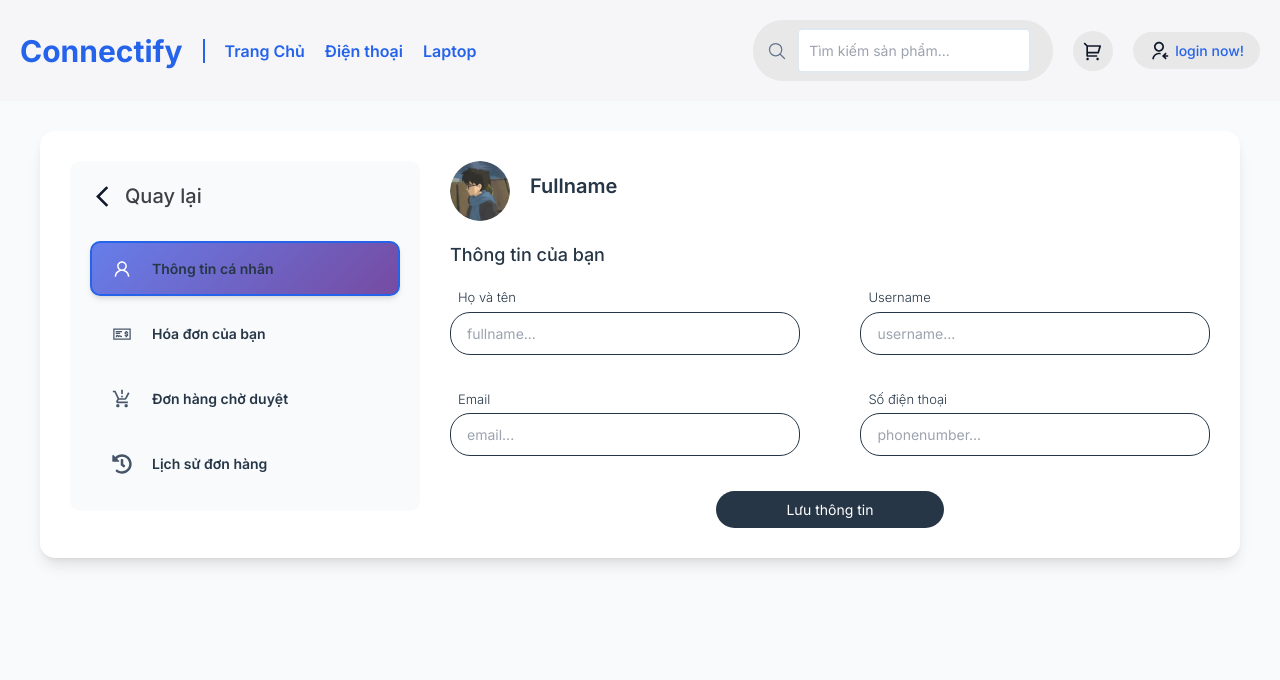
Repository: tvbacs/JavaWebProjectUI
Page: /profile
These files come from the project's save history. The page is drawn as it stood at one moment and after the next save; the edit follows.
The browser window is 1280 px wide. The pictures show the whole page.
An inner scrolling area shows only its first screen. The project was rebuilt for these pictures with package versions that can differ from the ones it lists, and the page was loaded fresh each time. Also part of the build but not shown: src/pages/Auth/Login/index.js, src/pages/HomePage/HomePage.module.scss, src/components/Item/Item.module.scss, src/components/Item/index.js, src/components/Scroll/Scroll.module.scss, src/components/Scroll/index.js, src/pages/HomePage/index.js, src/pages/LaptopPage/LaptopPage.module.scss and 46 more.

Above is the page before, as saved 2025-05-25 06:14:41.

After the next save:
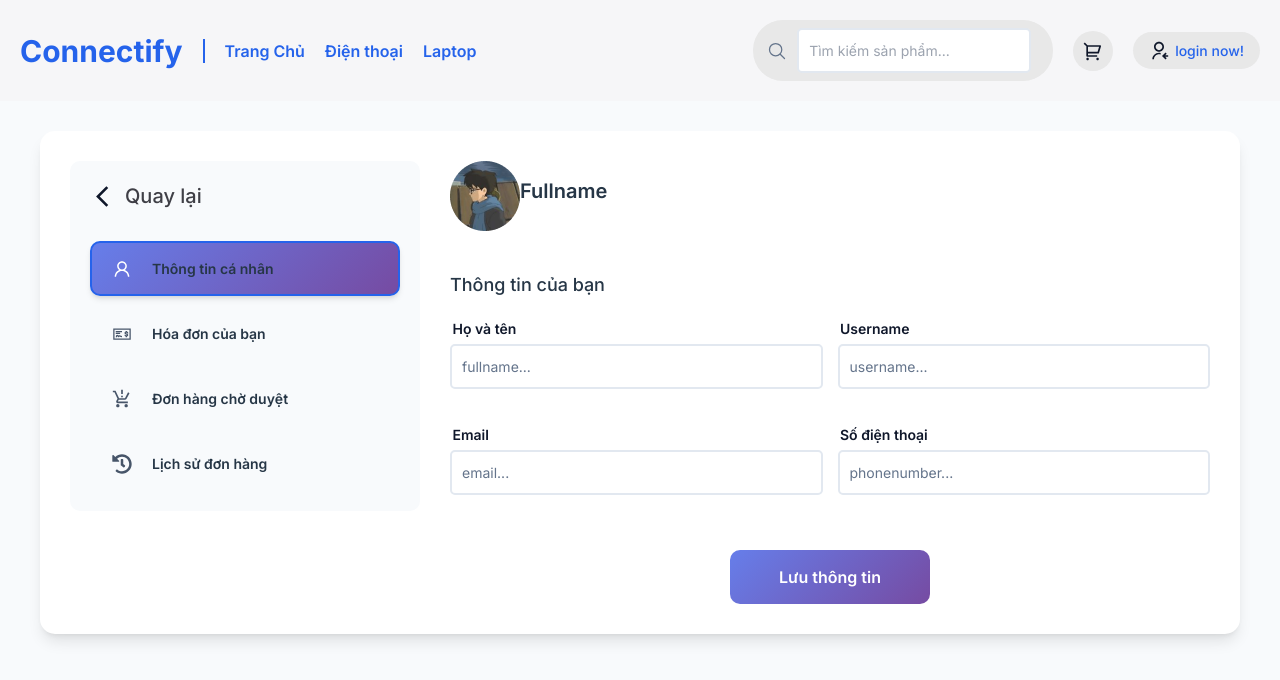
Saved 26 s later.
--- a/src/pages/Profile/Profile.module.scss
+++ b/src/pages/Profile/Profile.module.scss
@@ -78,42 +78,113 @@
     width: 100%;
     display: flex;
     flex-direction: column;
-    .avt{
-        width: 60px;
-        height: 60px;
-        border-radius: 50%;
-        margin-right: 20px;
-    }
-}
+    gap: var(--spacing-xl);
+
+    .profile-header {
+        display: flex;
+        align-items: center;
+        gap: var(--spacing-xl);
+        padding: var(--spacing-xl);
+        background: var(--bg-secondary);
+        border-radius: var(--radius-xl);
+        margin-bottom: var(--spacing-xl);
+
+        .avt{
+            width: 100px;
+            height: 100px;
+            border-radius: 50%;
+            object-fit: cover;
+            border: 4px solid var(--primary);
+            box-shadow: var(--shadow-md);
+        }
+
+        .user-info {
+            flex: 1;
+
+            h2 {
+                font-size: 2.4rem;
+                font-weight: 700;
+                color: var(--text-primary);
+                margin-bottom: var(--spacing-sm);
+            }
+
+            p {
+                font-size: 1.6rem;
+                color: var(--text-secondary);
+                margin: 0;
+            }
+        }
+    }
+
+    .form-container {
+        display: flex;
+        flex-wrap: wrap;
+        gap: var(--spacing-lg);
+    }
+}
+
 .form-group{
-    width: 46%;
-    display: flex;
-    flex-direction: column;
-    >label{
-        font-size: 13px;
-        color:#263646;
-        font-weight: 300;
-        margin-bottom: 4px;
-        margin-left:8px;
-    }
-    >input{
+    width: calc(50% - var(--spacing-lg) / 2);
+    display: flex;
+    flex-direction: column;
+
+    > label{
+        font-size: 1.4rem;
+        color: var(--text-primary);
+        font-weight: 600;
+        margin-bottom: var(--spacing-sm);
+        margin-left: var(--spacing-xs);
+    }
+
+    > input{
+        border: 2px solid var(--border-primary);
         outline: none;
-        border:1px solid #263646;
-        padding:10px 16px;
-        border-radius: 20px;
-        font-size: 14px;
-        background-color: transparent;
-    }
-}
+        background-color: var(--bg-primary);
+        border-radius: var(--radius-md);
+        padding: var(--spacing-md);
+        font-size: 1.4rem;
+        transition: all 0.2s ease;
+        color: var(--text-primary);
+
+        &:focus {
+            border-color: var(--border-focus);
+            box-shadow: 0 0 0 3px rgb(59 130 246 / 0.1);
+        }
+
+        &::placeholder {
+            color: var(--text-tertiary);
+        }
+    }
+}
+
 .btn-submit{
-    width:30%;
-    color:white;
-    border-radius: 30px;
-    padding:8px 0;
-    background-color: #263646;
-    font-size: 14px;
-    font-weight: 400;
-    margin:auto;
+    border: none;
+    outline: none;
+    cursor: pointer;
+    border-radius: var(--radius-md);
+    padding: var(--spacing-md) var(--spacing-lg);
+    font-weight: 500;
+    transition: all 0.2s ease;
+    background: var(--primary);
+    color: white;
+    width: 200px;
+    padding: var(--spacing-lg) var(--spacing-xl);
+    font-size: 1.6rem;
+    font-weight: 600;
+    margin: var(--spacing-xl) auto 0;
+    background: var(--bg-gradient);
+    border-radius: var(--radius-xl);
+
+    &:hover {
+        background: var(--primary-dark);
+        box-shadow: var(--shadow-md);
+        transform: translateY(-2px);
+        box-shadow: 0 10px 25px rgba(37, 99, 235, 0.3);
+    }
+
+    &:active {
+        transform: translateY(0);
+    }
 }
 
 .bill{
